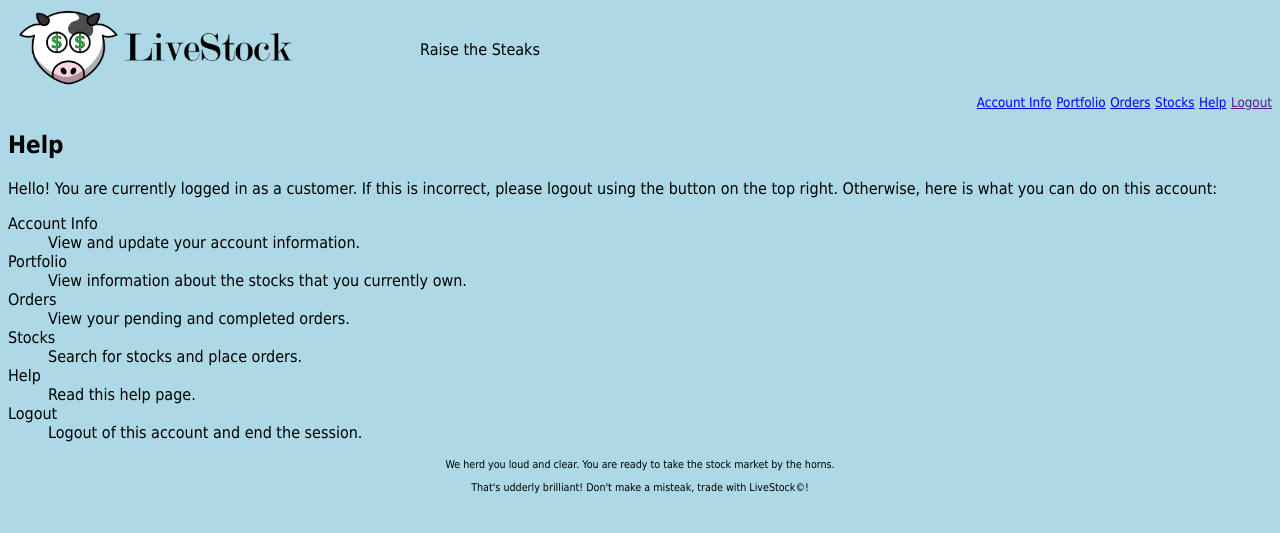
Repository: yastapova/live-stock
Page: http://localhost/LiveStockSite/WEB-INF/cust_help.jsp
An editor plug-in stored every save of this project. The page is shown before and after the next save, followed by the edit.
The browser window is 1280 px wide. The pictures show the whole page.
The page is served by Tomcat 9. Nobody is signed in. Other server files are loaded and not shown. The template is opened directly, without the code that normally fills it, so the values that code supplies are empty.

Above is the page before, as saved 2016-04-15 22:20:13.

### LiveStockSite/WebContent/WEB-INF/cust_help.jsp
<!DOCTYPE html>
<html>
<head>
	<meta charset="ISO-8859-1">
	<title>LiveStock Trading | Help</title>
	<link rel="stylesheet" href="gen.css" />
</head>
<body>
	<jsp:include page="_header.jsp"></jsp:include>
	<jsp:include page="_cust_menu.jsp"></jsp:include>
	<div class="body" align="Left">
		<h2>Help</h2>
		<p>Hello! You are currently logged in as a customer. If this is incorrect,
		please logout using the button on the top right. Otherwise, here is what
		you can do on this account:</p>
		<dl>
			<dt>Account Info</dt>
			<dd>View and update your account information.</dd>
			<dt>Portfolio</dt>
			<dd>View information about the stocks that you currently own.</dd>
			<dt>Orders</dt>
			<dd>View your pending and completed orders.</dd>
			<dt>Stocks</dt>
			<dd>Search for stocks and place orders.</dd>
			<dt>Help</dt>
			<dd>Read this help page.</dd>
			<dt>Logout</dt>
			<dd>Logout of this account and end the session.</dd>
		</dl>
	</div>

	<jsp:include page="_footer.jsp"></jsp:include>
</body>
</html>

### LiveStockSite/WebContent/WEB-INF/_header.jsp
<%@ page language="java" contentType="text/html; charset=ISO-8859-1"
    pageEncoding="ISO-8859-1"%>
<div class="header">
	<table>
		<tr>
			<td width='315px'><a href="home"><img src="LivestockLogoName2.png" width='300px'></a></td>
			<td width='300px'><p>Raise the Steaks</p></td>
		</tr>
	</table>
	</div>

### LiveStockSite/WebContent/WEB-INF/_cust_menu.jsp
<%@ page language="java" contentType="text/html; charset=ISO-8859-1"
    pageEncoding="ISO-8859-1"%>
<div class="menu" align="right">
	<a href="cust_acc_info.jsp" class="active">Account Info</a>
	<a href="cust_portfolio.jsp">Portfolio</a>
	<a href="cust_orders.jsp">Orders</a>
	<a href="cust_stocks.jsp">Stocks</a>
	<a href="cust_help.jsp">Help</a>
	<a href="">Logout</a>
</div>

### LiveStockSite/WebContent/WEB-INF/_footer.jsp
<%@ page language="java" contentType="text/html; charset=ISO-8859-1"
    pageEncoding="ISO-8859-1"%>
<div class="footer">
	<p>We herd you loud and clear. You are ready to take the stock market by the horns.</p>
	<p>That's udderly brilliant! Don't make a misteak, trade with LiveStock&copy;!</p>
</div>

### LiveStockSite/WebContent/WEB-INF/gen.css
@CHARSET "ISO-8859-1";

body {
		background-color: lightblue;
		font-family: Tahoma;
}
.formlabel {
	font-size: 10pt;
}
.header {
	text-align: center;
}
.footer {
	text-align: center;
}
.footer p {
	font-size: 8pt;
}
a {
	font-size: 10pt;
}

After the next save:
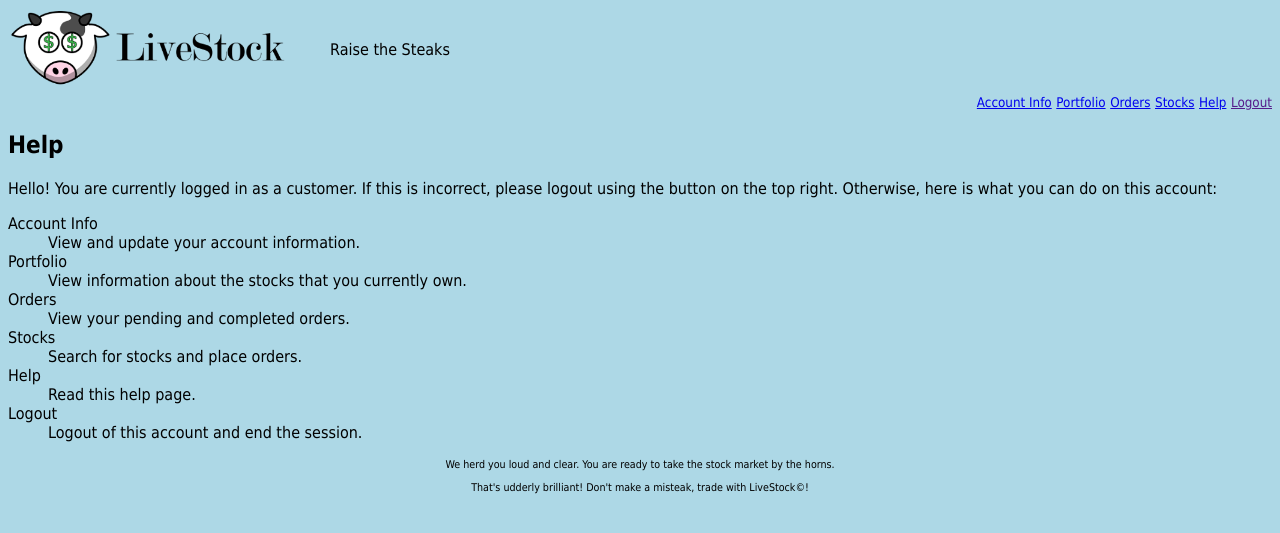
Saved 27 s later.
--- a/LiveStockSite/WebContent/WEB-INF/gen.css
+++ b/LiveStockSite/WebContent/WEB-INF/gen.css
@@ -6,9 +6,6 @@ body {
 }
 .formlabel {
 	font-size: 10pt;
-}
-.header {
-	text-align: center;
 }
 .footer {
 	text-align: center;
